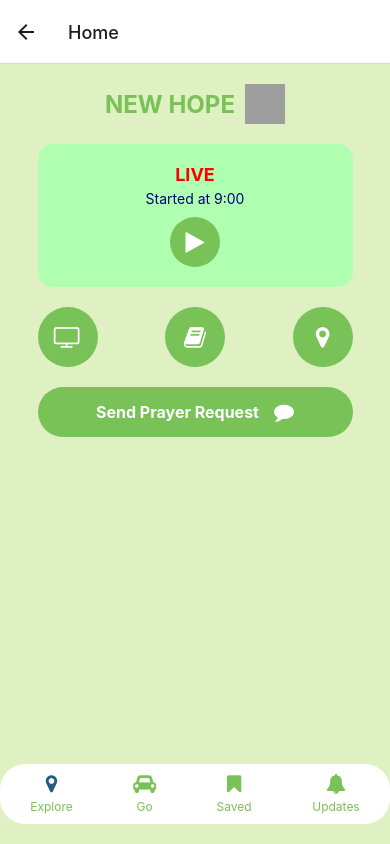
Repository: AbrahamM007/NewHopeChurchApp
Screen: /Home
The author's editor kept a copy of each file at every save. The screen is drawn from the files as they stood at one save, then again after a run of saves.
Pictures or frames that could not be fetched are drawn as grey boxes. The app was drawn by React Native's web renderer in a window 390 px wide. The project was rebuilt for these pictures with package versions that can differ from the ones it lists, and the page was loaded fresh each time. Some packages were replaced by stand-ins written for this rebuild. Also part of the build but not shown: screens/SignUpScreen.js.

Above is the screen before, as saved 2024-10-21 16:37:29.

### App.js
// App.js
import 'react-native-gesture-handler';
import React from 'react';
import { NavigationContainer } from '@react-navigation/native';
import { createStackNavigator } from '@react-navigation/stack';
import LoginScreen from './screens/LoginScreen';
import SignUpScreen from './screens/SignUpScreen';
import HomeScreen from './screens/HomeScreen';

const Stack = createStackNavigator();

function App() {
  return (
    <NavigationContainer>
      <Stack.Navigator initialRouteName="Login">
        <Stack.Screen name="Login" component={LoginScreen} />
        <Stack.Screen name="SignUp" component={SignUpScreen} />
        <Stack.Screen name="Home" component={HomeScreen} />
      </Stack.Navigator>
    </NavigationContainer>
  );
}

export default App;

### screens/LoginScreen.js
// screens/LoginScreen.js
import React, { useState } from 'react';
import { View, Text, TextInput, TouchableOpacity, StyleSheet, Alert } from 'react-native';
import { useNavigation } from '@react-navigation/native'; // Import navigation hook

const LoginScreen = () => {
  const [email, setEmail] = useState('');
  const [password, setPassword] = useState('');
  const navigation = useNavigation(); // Use the navigation hook

  // Function to handle login
  const handleLogin = () => {
    fetch('http://localhost:3000/api/login', {
      method: 'POST',
      headers: { 'Content-Type': 'application/json' },
      body: JSON.stringify({ email, password }),
    })
      .then((response) => response.json())
      .then((data) => {
        if (data.message === 'Login successful') {
          Alert.alert('Login successful');
          // Navigate to the Home screen
          navigation.navigate('Home');
        } else {
          Alert.alert(data.message);
        }
      })
      .catch((error) => {
        console.error('Error:', error);
        Alert.alert('An error occurred. Please try again.');
      });
  };

  // Function to handle registration
  const handleRegister = () => {
    fetch('http://localhost:3000/api/register', {
      method: 'POST',
      headers: { 'Content-Type': 'application/json' },
      body: JSON.stringify({ email, password }),
    })
      .then((response) => response.json())
      .then((data) => {
        if (data.message === 'User registered successfully') {
          Alert.alert('Registration successful, please log in');
        } else {
          Alert.alert(data.message);
        }
      })
      .catch((error) => {
        console.error('Error:', error);
        Alert.alert('An error occurred. Please try again.');
      });
  };

  return (
    <View style={styles.container}>
      <TextInput
        style={styles.input}
        placeholder="Enter email"
        placeholderTextColor="#888"
        value={email}
        onChangeText={(text) => setEmail(text)}
      />
      <TextInput
        style={styles.input}
        placeholder="Password"
        placeholderTextColor="#888"
        secureTextEntry
        value={password}
        onChangeText={(text) => setPassword(text)}
      />
      <TouchableOpacity style={styles.loginButton} onPress={handleLogin}>
        <Text style={styles.loginButtonText}>Log In</Text>
      </TouchableOpacity>
      <TouchableOpacity style={styles.registerButton} onPress={handleRegister}>
        <Text style={styles.registerButtonText}>Don't have an account? Register</Text>
      </TouchableOpacity>
    </View>
  );
};

const styles = StyleSheet.create({
  container: {
    flex: 1,
    justifyContent: 'center',
    padding: 16,
    backgroundColor: '#dff0c2',
  },
  input: {
    borderWidth: 1,
    borderColor: '#ccc',
    borderRadius: 5,
    padding: 10,
    marginBottom: 15,
    color: '#333',
  },
  loginButton: {
    backgroundColor: '#4CAF50',
    padding: 15,
    borderRadius: 10,
    alignItems: 'center',
    marginBottom: 15,
  },
  loginButtonText: {
    color: '#fff',
    fontWeight: 'bold',
  },
  registerButton: {
    alignItems: 'center',
    marginTop: 10,
  },
  registerButtonText: {
    color: '#1e90ff',
  },
});

export default LoginScreen;

### screens/HomeScreen.js
// screens/HomeScreen.js
import React from 'react';
import { View, Text, TouchableOpacity, StyleSheet, Image } from 'react-native';
import Icon from 'react-native-vector-icons/FontAwesome'; // Import the FontAwesome icon set
import { useNavigation } from '@react-navigation/native';

const HomeScreen = () => {
  const navigation = useNavigation();

  return (
    <View style={styles.container}>
      {/* Header */}
      <View style={styles.header}>
        <Text style={styles.headerText}>NEW HOPE</Text>
        <Image
          source={{ uri: 'https://your-logo-url.com' }} // Replace with your logo URL
          style={styles.logo}
        />
      </View>

      {/* Live Stream Card */}
      <View style={styles.liveCard}>
        <Text style={styles.liveText}>LIVE</Text>
        <Text style={styles.startTimeText}>Started at 9:00</Text>
        <TouchableOpacity style={styles.playButton}>
          <Icon name="play" size={24} color="#fff" />
        </TouchableOpacity>
      </View>

      {/* Icon Buttons */}
      <View style={styles.iconButtonsContainer}>
        <TouchableOpacity style={styles.iconButton}>
          <Icon name="tv" size={24} color="#fff" />
        </TouchableOpacity>
        <TouchableOpacity style={styles.iconButton}>
          <Icon name="book" size={24} color="#fff" />
        </TouchableOpacity>
        <TouchableOpacity style={styles.iconButton}>
          <Icon name="map-marker" size={24} color="#fff" />
        </TouchableOpacity>
      </View>

      {/* Prayer Request Button */}
      <TouchableOpacity style={styles.prayerButton}>
        <Text style={styles.prayerButtonText}>Send Prayer Request</Text>
        <Icon name="comment" size={20} color="#fff" style={styles.commentIcon} />
      </TouchableOpacity>

      {/* Bottom Navigation */}
      <View style={styles.bottomNavigation}>
        <TouchableOpacity style={styles.navItem}>
          <Icon name="map-marker" size={20} color="#205E82" />
          <Text style={styles.navText}>Explore</Text>
        </TouchableOpacity>
        <TouchableOpacity style={styles.navItem}>
          <Icon name="car" size={20} color="#78C257" />
          <Text style={styles.navText}>Go</Text>
        </TouchableOpacity>
        <TouchableOpacity style={styles.navItem}>
          <Icon name="bookmark" size={20} color="#78C257" />
          <Text style={styles.navText}>Saved</Text>
        </TouchableOpacity>
        <TouchableOpacity style={styles.navItem}>
          <Icon name="bell" size={20} color="#78C257" />
          <Text style={styles.navText}>Updates</Text>
        </TouchableOpacity>
      </View>
    </View>
  );
};

const styles = StyleSheet.create({
  container: {
    flex: 1,
    backgroundColor: '#dff0c2',
    paddingHorizontal: 20,
    alignItems: 'center',
  },
  header: {
    flexDirection: 'row',
    alignItems: 'center',
    marginVertical: 20,
  },
  headerText: {
    fontSize: 24,
    fontWeight: 'bold',
    color: '#78C257',
    flex: 1,
    textAlign: 'center',
  },
  logo: {
    width: 40,
    height: 40,
    marginLeft: 10,
  },
  liveCard: {
    backgroundColor: '#B0FFB0',
    width: '90%',
    borderRadius: 15,
    padding: 20,
    marginBottom: 20,
    alignItems: 'center',
  },
  liveText: {
    color: 'red',
    fontWeight: 'bold',
    fontSize: 18,
  },
  startTimeText: {
    color: '#000080',
    marginTop: 5,
  },
  playButton: {
    marginTop: 10,
    backgroundColor: '#78C257',
    borderRadius: 25,
    width: 50,
    height: 50,
    alignItems: 'center',
    justifyContent: 'center',
  },
  iconButtonsContainer: {
    flexDirection: 'row',
    justifyContent: 'space-between',
    width: '90%',
    marginBottom: 20,
  },
  iconButton: {
    backgroundColor: '#78C257',
    borderRadius: 50,
    width: 60,
    height: 60,
    alignItems: 'center',
    justifyContent: 'center',
  },
  prayerButton: {
    backgroundColor: '#78C257',
    padding: 15,
    borderRadius: 25,
    marginBottom: 20,
    width: '90%',
    alignItems: 'center',
    flexDirection: 'row',
    justifyContent: 'center',
  },
  prayerButtonText: {
    color: '#fff',
    fontSize: 16,
    fontWeight: 'bold',
    marginRight: 10,
  },
  commentIcon: {
    marginLeft: 5,
  },
  bottomNavigation: {
    flexDirection: 'row',
    justifyContent: 'space-around',
    backgroundColor: '#fff',
    borderRadius: 25,
    width: '100%',
    paddingVertical: 10,
    position: 'absolute',
    bottom: 20,
  },
  navItem: {
    alignItems: 'center',
  },
  navText: {
    fontSize: 12,
    color: '#78C257',
    marginTop: 5,
  },
});

export default HomeScreen;

Loaded but not shown: index.js (common file)

After the next 3 saves:
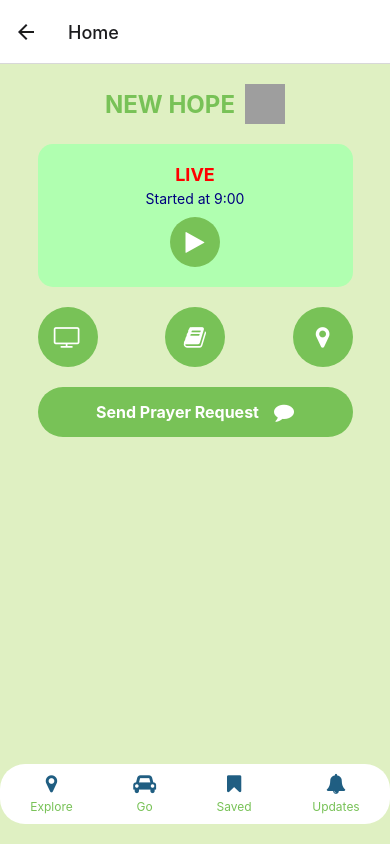
The 3 saves are shown as one change because they came seconds apart.
The last was saved 11 s later.
--- a/screens/HomeScreen.js
+++ b/screens/HomeScreen.js
@@ -53,15 +53,15 @@ const HomeScreen = () => {
           <Text style={styles.navText}>Explore</Text>
         </TouchableOpacity>
         <TouchableOpacity style={styles.navItem}>
-          <Icon name="car" size={20} color="#78C257" />
+          <Icon name="car" size={20} color="#205E82" />
           <Text style={styles.navText}>Go</Text>
         </TouchableOpacity>
         <TouchableOpacity style={styles.navItem}>
-          <Icon name="bookmark" size={20} color="#78C257" />
+          <Icon name="bookmark" size={20} color="#205E82" />
           <Text style={styles.navText}>Saved</Text>
         </TouchableOpacity>
         <TouchableOpacity style={styles.navItem}>
-          <Icon name="bell" size={20} color="#78C257" />
+          <Icon name="bell" size={20} color="#205E82" />
           <Text style={styles.navText}>Updates</Text>
         </TouchableOpacity>
       </View>
